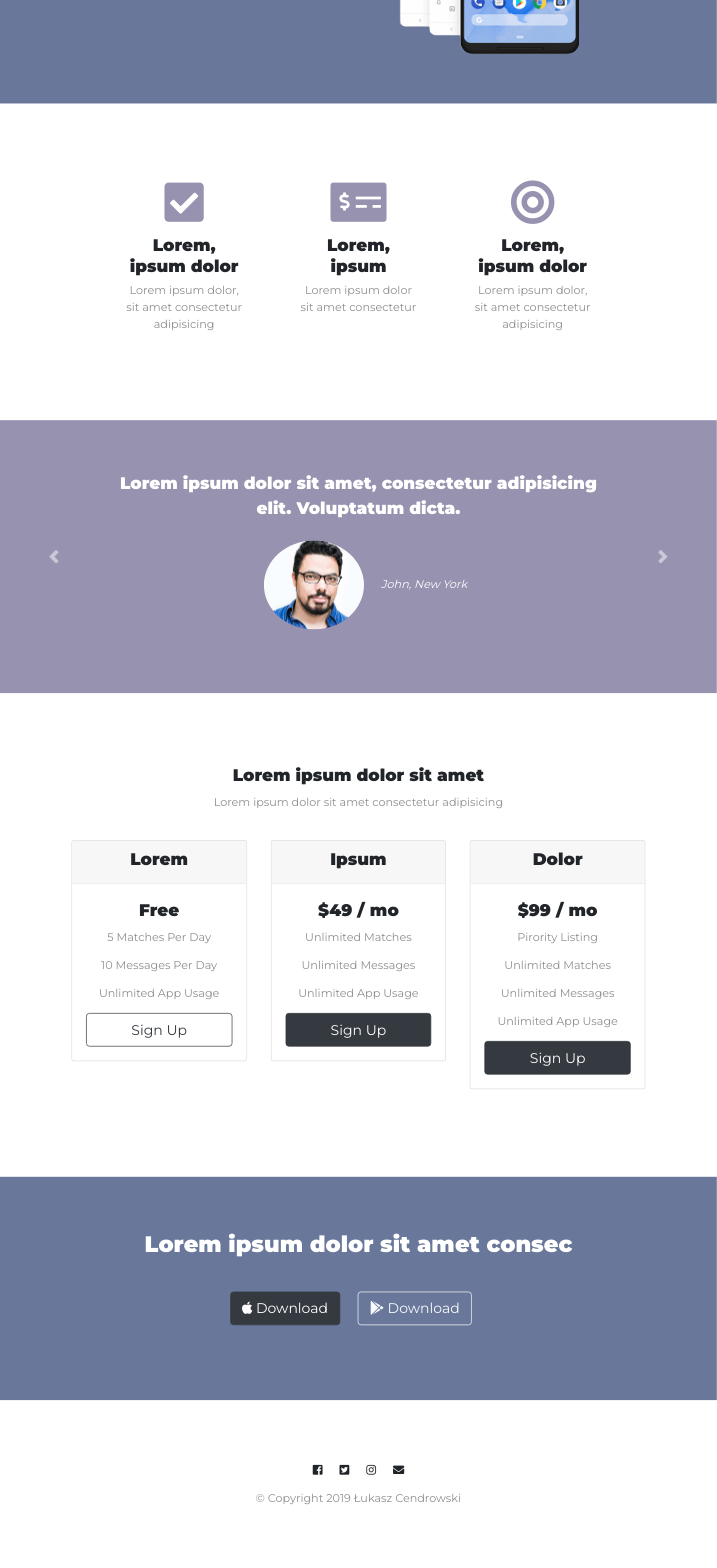
Repository: Isanderr/Simple_landing_page_2-Bootstrap4
Page: index.html
The author's editor kept a copy of each file at every save. The page is drawn from the files as they stood at one save, then again after the next save.
The browser window is 1024 px wide. The pictures show the part of the page from y = 393 to 2633 px (the page is 2633 px tall before and 2584 px after), at 70% of full size.
Some web libraries are served in a nearby version.

Above is the page before, as saved 2019-02-03 22:01:16.

After the next save:
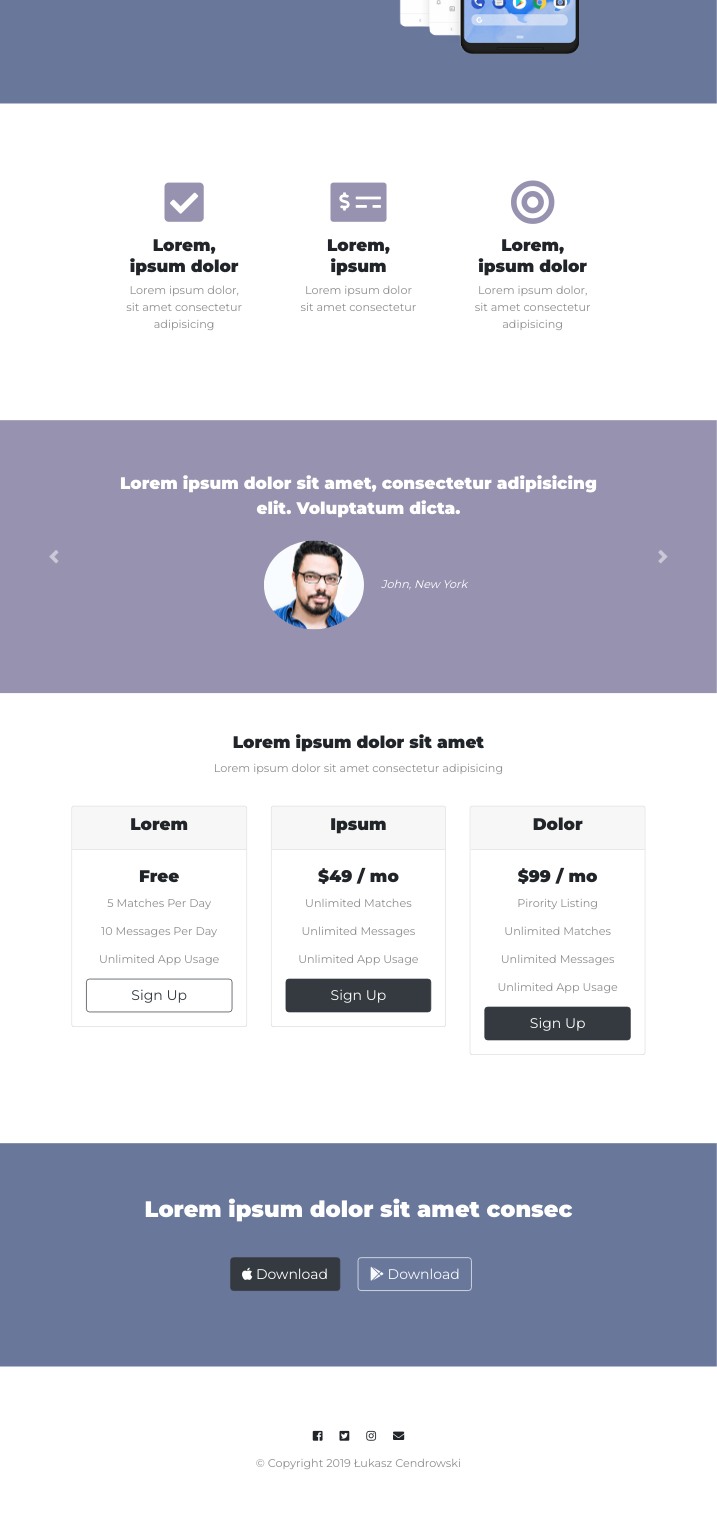
Saved 66 s later.
--- a/css/styles.css
+++ b/css/styles.css
@@ -200,6 +200,10 @@
 
 .navbar-brand {
     font-size: 1.5rem;
+}
+
+#pricing {
+    padding-top: 5%;
 }
 
     #title {
